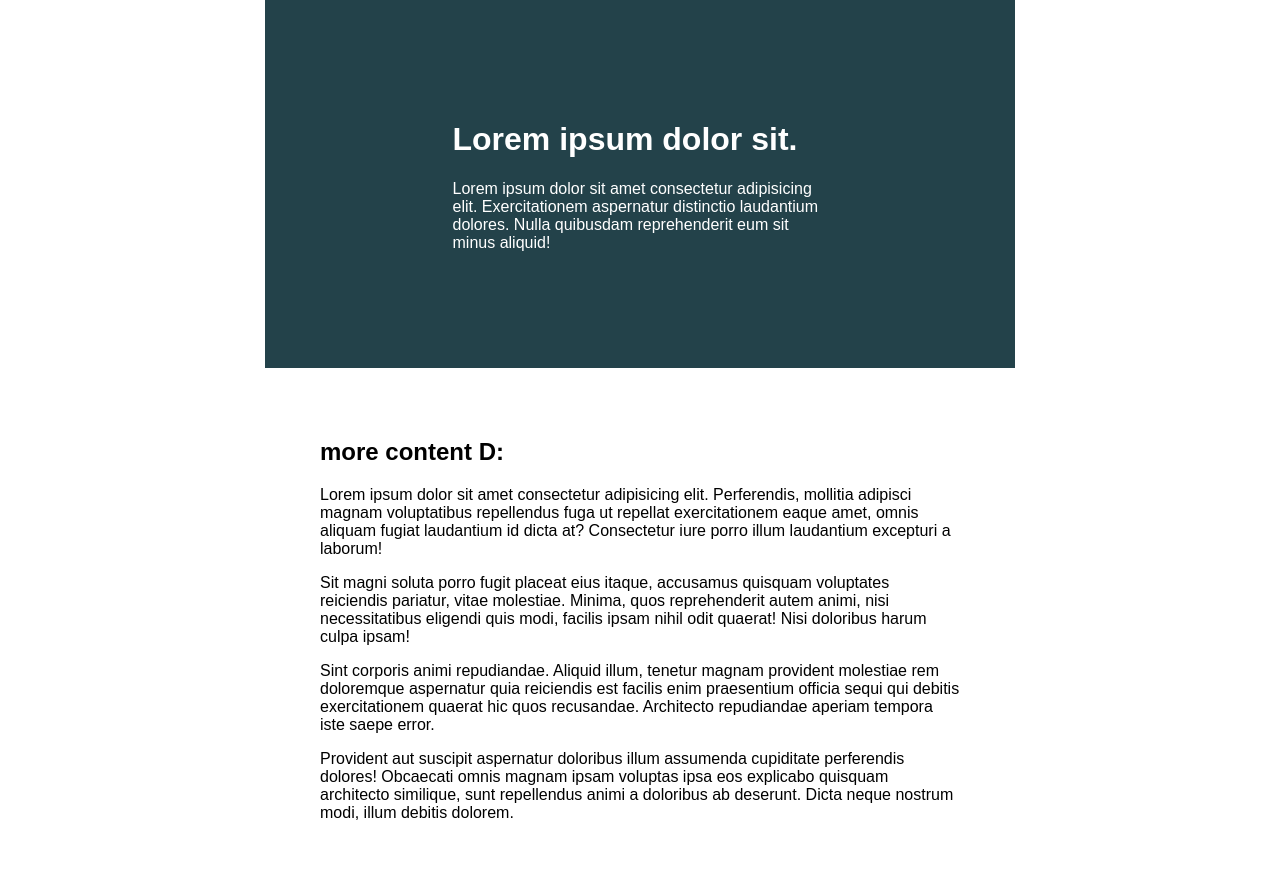
Repository: ufanodev/responsive-3
Page: index.html
The author's editor kept a copy of each file at every save. The page is drawn from the files as they stood at one save, then again after the next save.
The browser window is 1280 px wide. The pictures show the whole page.

Above is the page before, as saved 2022-12-10 19:39:31.

After the next save:
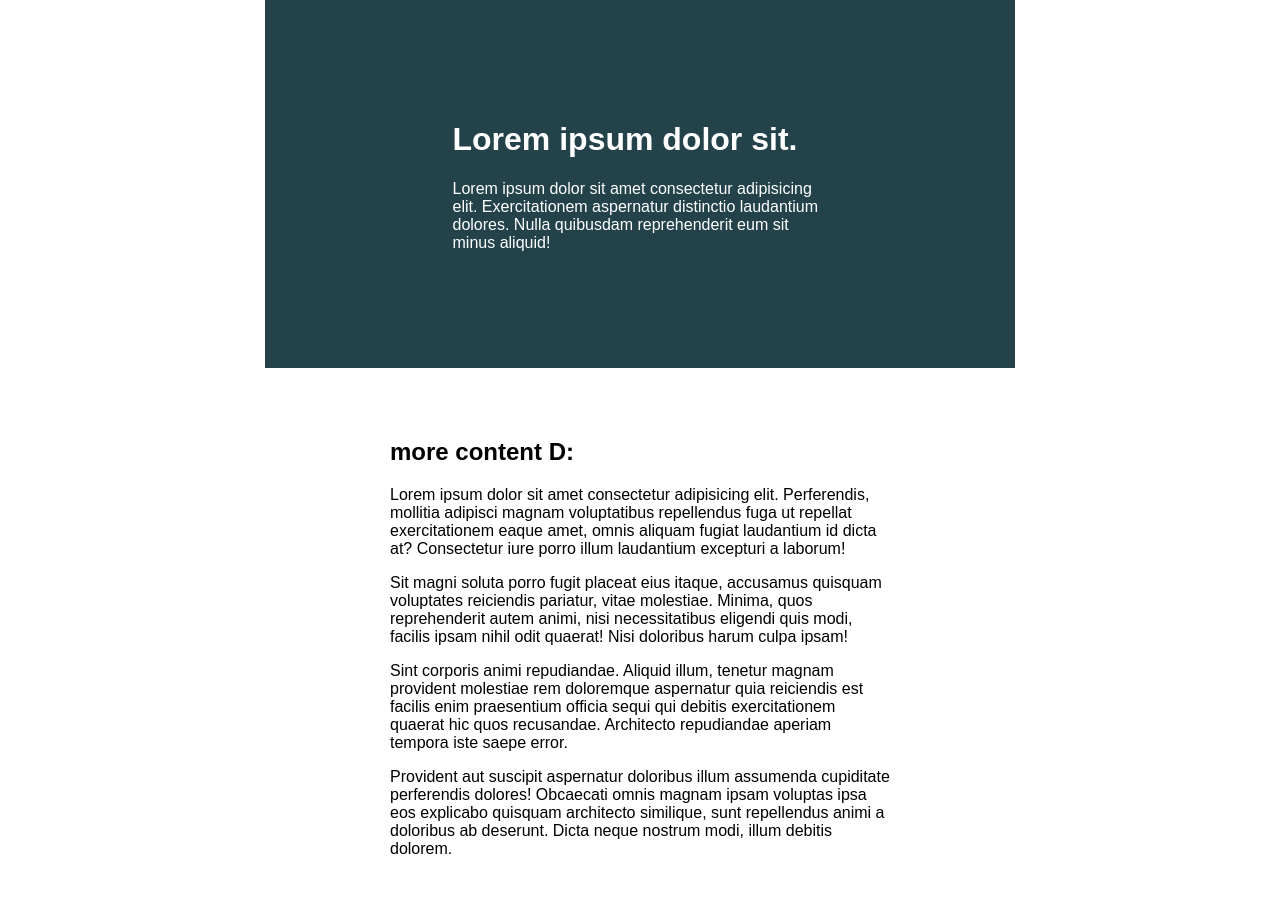
Saved 4 s later.
--- a/style.css
+++ b/style.css
@@ -34,7 +34,7 @@ body {
 
 .intro-content {
   width: 50%;
-  max-width: 750px;
+  max-width: 500px;
   margin: 0 auto;
   padding: 50px 0;
 }
